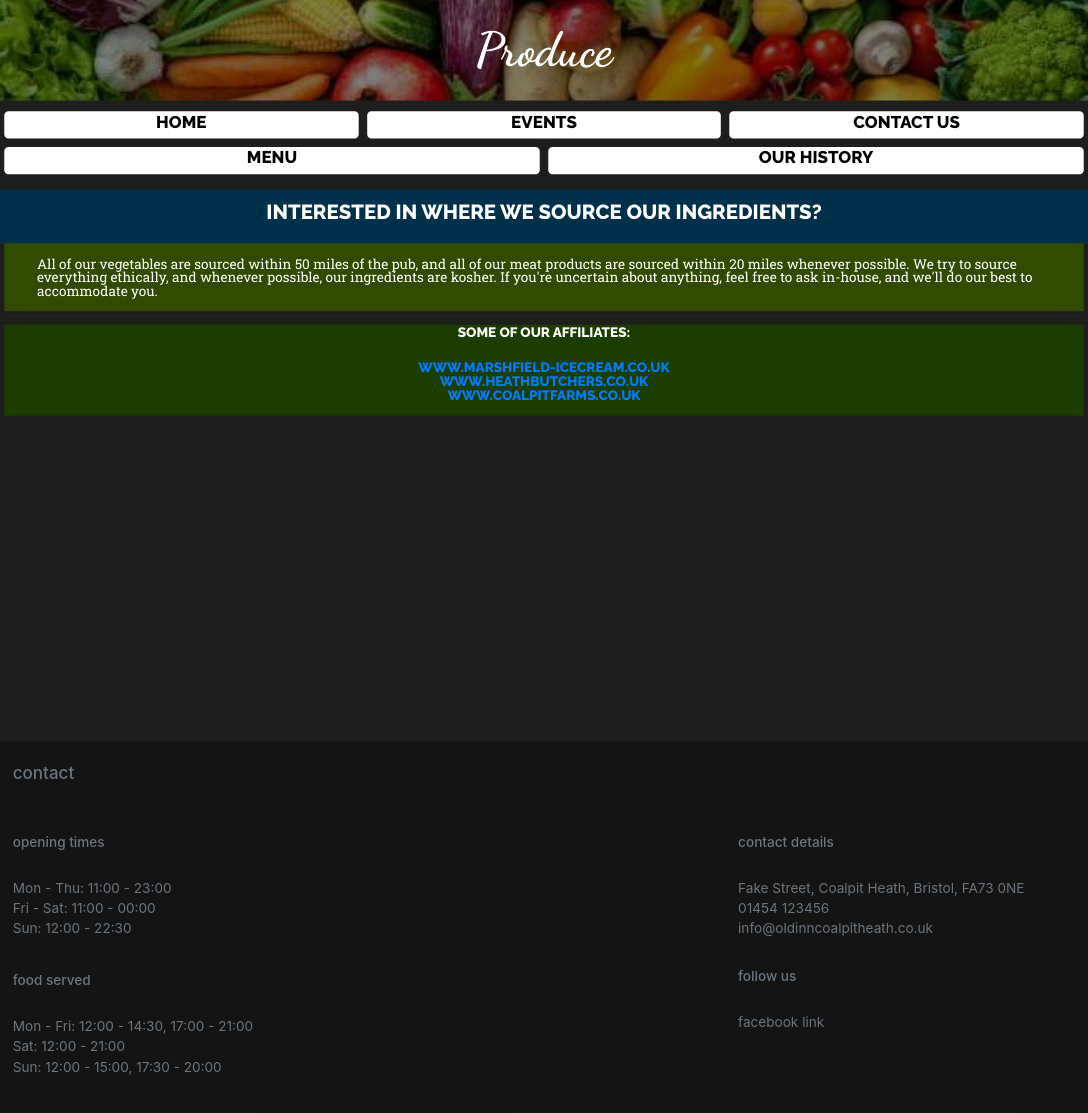
Repository: Code-Institute-Submissions/JamesLStudent-Milestone_One
Page: produce.html
The author's editor kept a record of every edit. The page is drawn from the files as they stood at one moment, then again after the next edit.
The browser window is 1280 px wide. The pictures show the whole page, at 85% of full size.

Above is the page before.
Console error: TypeError: Cannot read properties of undefined (reading 'fn')

### produce.html
<!DOCTYPE html>
<html lang="en">

<head>
    <meta charset="UTF-8">
    <meta name="viewport" content="width=device-width, initial-scale=1.0">
    <meta http-equiv="X-UA-Compatible" content="ie=edge">
    <title>Old Inn - Produce</title>
    <link href="Assets/main.css" rel="stylesheet" type="text/css" />
    <link rel="stylesheet" href="https://stackpath.bootstrapcdn.com/bootstrap/4.3.1/css/bootstrap.min.css" integrity="sha384-ggOyR0iXCbMQv3Xipma34MD+dH/1fQ784/j6cY/iJTQUOhcWr7x9JvoRxT2MZw1T" crossorigin="anonymous">
    <script src="https://stackpath.bootstrapcdn.com/bootstrap/4.3.1/js/bootstrap.min.js" integrity="sha384-JjSmVgyd0p3pXB1rRibZUAYoIIy6OrQ6VrjIEaFf/nJGzIxFDsf4x0xIM+B07jRM" crossorigin="anonymous"></script>
</head>

<body class="bg">
    <div class="produce-h1-background">
        <h1>Produce</h1>
    </div>
    <div class="dropdown-vis">
        <input id="check01" type="checkbox" name="menu" />
        <label class="black-text navigation-menu title-font" for="check01"><h5>MORE INFO:</h5></label>
        <ul class="submenu">
            <li>
                <a href="index.html">
                    <div class="col-6 col-md-12 col-lg-3 navigation-item black-text">
                        <h5>home</h5>
                    </div>
                </a>
                <a href="events.html">
                    <div class="col-6 col-md-12 col-lg-3 navigation-item black-text">
                        <h5>events</h5>
                    </div>
                </a>
                <a href="contacts.html">
                    <div class="col-12 col-md-12 col-lg-3 navigation-item black-text">
                        <h5>contact us</h5>
                    </div>
                </a>
                <a href="menu.html">
                    <div class="col-12 col-md-12 col-lg-3 navigation-item black-text">
                        <h5>menu</h5>
                    </div>
                </a>
                <a href="history.html">
                    <div class="col-12 col-md-12 col-lg-3 navigation-item black-text">
                        <h5>our history</h5>
                    </div>
                </a>
            </li>
        </ul>
    </div>
    <div class="desktop-nav">
        <a href="index.html">
            <div class="col-6 col-md-12 col-lg-4 navigation-item black-text">
                <h5>home</h5>
            </div>
        </a>
        <a href="events.html">
            <div class="col-6 col-md-12 col-lg-4 navigation-item black-text">
                <h5>events</h5>
            </div>
        </a>
        <a href="contacts.html">
            <div class="col-12 col-md-12 col-lg-4 navigation-item black-text">
                <h5>contact us</h5>
            </div>
        </a>
        <a href="menu.html">
            <div class="col-12 col-md-12 col-lg-6 navigation-item black-text">
                <h5>menu</h5>
            </div>
        </a>
        <a href="history.html">
            <div class="col-12 col-md-12 col-lg-6 navigation-item black-text">
                <h5>our history</h5>
            </div>
        </a>
    </div>
    <div class="centerer">
        <div class="subtitle">
            <h4>Interested in where we source our ingredients?</h4>
        </div>
        <div class="img-text produce left-align white-text">
            <p>
                </br>All of our vegetables are sourced within 50 miles of the pub, and all of our meat products are sourced within 20 miles whenever possible. We try to source everything ethically, and whenever possible, our ingredients are kosher. If you're
                uncertain about anything, feel free to ask in-house, and we'll do our best to accommodate you.</p>
        </div>
        <div class="sub-box produce">
            <h6>Some of our affiliates:</h6>
            <p>
                </br>
                <a class="grey-text" href="https://www.marshfield-icecream.co.uk">www.marshfield-icecream.co.uk</a></br>
                <a class="grey-text" href="#">www.heathbutchers.co.uk</a></br>
                <a class="grey-text" href="#">www.coalpitfarms.co.uk</a>
            </p>
        </div>
    </div>
    <footer>
        <div class="footer">
            <div class="col-12 footer-div text-muted">
                <h5>contact</h5>
            </div>
            <div class="col-12 col-md-6 col-lg-8 left footer-div text-muted left-align">
                <h6>opening times</h6>
                <p class="left-align">
                    </br>
                    Mon - Thu: 11:00 - 23:00</br>
                    Fri - Sat: 11:00 - 00:00</br>
                    Sun: 12:00 - 22:30</br>
                    </br>
                </p>
                <h6>food served</h6>
                <p class="left-align">
                    </br>
                    Mon - Fri: 12:00 - 14:30, 17:00 - 21:00</br>
                    Sat: 12:00 - 21:00</br>
                    Sun: 12:00 - 15:00, 17:30 - 20:00</p>
            </div>
            <div class="col-12 col-md-6 col-lg-4 left footer-div text-muted left-align">
                <h6>contact details</h6>
                <p class="left-align">
                    </br>Fake Street, Coalpit Heath, Bristol, FA73 0NE</br>01454 123456</br>
                    info@oldinncoalpitheath.co.uk</p>
                <h6>
                    </br>follow us</h6>
                <p>
                    </br>facebook link</p>
            </div>
        </div>
    </footer>
</body>

</html>

### Assets/main.css

/*----------------- STYLES APPEARING ON MULTIPLE PAGES -----------------*/

@import url('https://fonts.googleapis.com/css?family=Dancing+Script:700|Raleway:800|Roboto+Slab&display=swap');

html {
  scroll-behavior: smooth; /*- <--- not compatible with some browsers -*/
}

.bg {
    position: absolute;
    top: 0;
    left: 0;
    bottom: 0;
    right: 0;
    display: block;
    background-color: #1e1e1e;
}

h1 {
    font-family: "Dancing script", sans-serif;
    font-size: 3.5rem !important;
    font-weight: 700;
    text-align: center;
    min-height: 40px;
    height: auto;
    padding: 2% 0 2% 0;
    color: #FFFFFF;
    background: rgba(0, 0, 0, 0.5);
}

.subtitle {
    font-family: "raleway", serif;
    text-transform: uppercase;
    text-align: center;
    padding: 3% 0 3% 0;
    margin: 5% 0 0 0;
    display: inline-block;
    width: 100%;
    min-height: 15px;
    height: auto;
    background-color: #00304A;
    color: #FFFFFF;
}

.sub-box {
    font-family: "raleway", serif;
    text-transform: uppercase;
    background-color: #1B3E00;
    height: auto;
    border: 5px solid #1e1e1e;
    line-height: 100%;
    margin-top: 3%;
    min-height: 6%;
    height: auto;
    color: #FFFFFF;
    text-decoration: none;
}

.black-text {
    color: black;
}

.white-text {
    color: #FFFFFF;
}

footer {
    min-height: 20%;
    height: auto;
    display: block;
    bottom: 0;
    position: relative;
}

.footer {
    display: inline-block;
    margin-top: 5%;
    width: 100%;
    min-height: 100%;
    height: auto;
    background-color: #141414;
}

.back-top:hover {
    text-decoration: underline;
}

.fa-lg {
    font-size: 2.33333em !important;
}

.centerer {
    height: 100%;
    text-align: center;
    font-family: "Roboto Slab", serif;
}

.title-font {
    font-family: "raleway", serif;
}

.left {
    float: left;
}

.right {
    float: right;
}

.clear {
    padding: 0;
    margin: 0;
}

.footer-div {
    padding: 2%;
}

.left-align {
    text-align: left;
}

.inline {
    display: inline-block;
}

.no-deco {
    text-decoration: none;
}

.no-deco:hover {
    text-decoration: none;
}

/*----------------- MAIN NAV ITEM -----------------*/

ul {
    list-style: none;
    padding: 0;
    margin-bottom: 0 !important;
}

.navigation-item {
    font-family: "raleway", serif;
    text-transform: uppercase;
    background-color: #FFFFFF;
    float: left;
    text-align: center;
    border-radius: 10px;
    border: 5px solid #1e1e1e;
}

/*note: some styles (like the one above) use border instead of margin
to fix an issue I believed to be with Bootstrap's columns not working
with margin, but I now think it was actually the fault of Google Chrome's
"inspect" function. */

.navigation-item:hover {
    text-decoration: none;
    background-color: #383838;
    color: #FFFFFF;
}

.navigation-menu {
    background-color: #FFFFFF;
    text-align: center;
    border-radius: 10px;
    border: 5px solid #1e1e1e;
    width: 90%;
    margin: 0 5% 0 5%;
}

.no-margin {
    margin-top: 0 !important;
}

.desktop-nav {
    display: none;
}

.navigation-menu:hover {
    text-decoration: none;
    background-color: #383838;
    color: #FFFFFF;
    text-align: center;
}

input {
    display: none;
}

ul.submenu {
    max-height: 0;
    overflow: hidden;
}

label {
    position: relative;
    display: block;
    cursor: pointer;
}

input:checked~ul.submenu {
    max-height: 300px;
}

.burger-icon {
    margin: 1% 2% 0 2%;
    display: inline-block;
    float: right;
}

/*----------------- HOMEPAGE STYLE -----------------*/

.blurb {
    margin: 5% 2% 0 2%;
    display: inline-block;
    text-align: center;
    width: 96%;
    height: auto;
    background-color: #4A0030;
    padding: 0 2% 0 2%;
}

.alt-link {
    margin: 1% 2% 0% 2%;
    display: inline-block;
    text-align: center;
    width: 96%;
    min-height: 5%;
    height: auto;
    background-color: #2D2D2D;
    color: #FFFFFF;
}

.title-link {
    font-family: "raleway", serif;
    text-transform: uppercase;
    background-color: #1B3E00;
    height: auto;
    border: 5px solid #1e1e1e;
    line-height: 100%;
    margin-top: 3%;
    min-height: 6%;
    color: #FFFFFF;
    text-decoration: none;
}

.title-link:hover {
    background-color: #1C3906;
    color: #FFFFFF;
    text-decoration: none;
}

/*----------------- MENU STYLE -----------------*/

.small-link {
    font-family: "raleway", serif;
    text-transform: uppercase;
    line-height: 100%;
    display: inline-block;
    text-align: center;
    height: auto;
    background-color: #4A0030;
    border-radius: 10px;
    border: 5px solid #1e1e1e;
    color: #FFFFFF;
}

.small-link:hover {
    text-decoration: none;
    color: #FFFFFF;
    background-color: #320121;
}

.food {
    width: 30%;
    float: left;
    padding: 0;
}

.food-desc {
    width: 50%;
    float: left;
    border-left: 1px solid white;
    border-right: 1px solid white;
}

.food-cost {
    width: 20%;
    float: left;
}

.vert-align {
    position: relative;
    top: 50%;
    transform: translateY(-50%);
}

/*The above code is not my own - see the README for credits.
I had some trouble with it, but eventually made it work by placing the
elements it styles inside specific containers - anything with "height: auto;"
would break this style*/

.menu-h1-background {
    background-image: url("./images/menu-h1.jpg");
    background-position: center;
    background-repeat: no-repeat;
    background-size: cover;
    min-height: auto;
}

/*----------------- EVENTS STYLE -----------------*/

.img-text {
    background-color: #304A00;
    height: auto;
    border-bottom: 5px solid #1e1e1e;
    border-right: 5px solid #1e1e1e;
    border-left: 5px solid #1e1e1e;
    line-height: 100%;
}

.image {
    height: auto;
    width: 96%;
    margin: 2% 2% 0 2%;
    background-color: #FFFFFF;
    overflow: hidden;
}

.spacer {
    margin-top: 5%;
}

.events-h1-background {
    background-image: url("./images/events-h1.jpg");
    background-position: center;
    background-repeat: no-repeat;
    background-size: cover;
    min-height: auto;
}

.moth-day {
    background-image: url("./images/moth-day.jpg");
}

.fath-day {
    background-image: url("./images/fath-day.jpg");
}

.christmas {
    background-image: url("./images/christmas.png");
}

.easter {
    background-image: url("./images/easter.jpg");
}

.events-img {
    background-position: center;
    background-repeat: no-repeat;
    background-size: cover;
    height: 150px;
    width: 290px;
}

/*----------------- PRODUCE STYLE -----------------*/

.produce {
    padding: 0 3% 0 3%;
}

.produce-h1-background {
    background-image: url("./images/produce-h1.jpg");
    background-position: center;
    background-repeat: no-repeat;
    background-size: cover;
    min-height: auto;
}

/*----------------- CONTACTS STYLE -----------------*/

.contacts-h1-background {
    background-image: url("./images/contacts-h1.jpg");
    background-position: center;
    background-repeat: no-repeat;
    background-size: cover;
    min-height: auto;
}

.map {
    width: 90%;
    height: 85%;
    margin: 0 5% 0 5%;
}

/*----------------- HISTORY STYLE -----------------*/

.history {
    margin: 5% 2% 0 2%;
    display: inline-block;
    text-align: center;
    width: 96%;
    min-height: 50%;
    height: auto;
    background-color: #4A0030;
    padding: 0 2% 0 2%;
}

.index-h1-background {
    background-image: url("./images/index-h1.jpg");
    background-position: center;
    background-repeat: no-repeat;
    background-size: cover;
    min-height: auto;
}

.history-img-one {
    background-image: url("./images/history-1.jpg");
    background-position: center;
    background-repeat: no-repeat;
    background-size: cover;
    height: 200px;
    width: 250px;
}

.history-img-two {
    background-image: url("./images/history-2.jpg");
    background-position: center;
    background-repeat: no-repeat;
    background-size: cover;
    height: 200px;
    width: 250px;
}

/*----------------- TABLET MEDIA QUERIES -----------------*/

@media (min-width: 768px) {
    .footer {
        margin-top: 3%;
    }
    .history {
        margin-top: 3%;
    }
    .blurb {
        margin-top: 3%;
    }
    .alt-link {
        margin-top: 1%;
    }
    .subtitle {
        margin-top: 2.5%;
        padding: 1% 0 1% 0;
    }
    .spacer {
        margin-top: 3%;
    }
    .sub-box {
        margin-top: 2%;
    }
    .history-img-one {
        height: 400px;
        width: 450px;
    }
    .history-img-two {
        height: 500px;
        width: 550px;
    }
    .events-img {
        height: 190px;
        width: 730px;
    }
}

/*----------------- DESKTOP MEDIA QUERIES -----------------*/

@media (min-width: 992px) {
    .desktop-nav {
        display: block;
    }
    .dropdown-vis {
        display: none;
    }
    .footer {
        margin-top: 2%;
    }
    .history {
        margin-top: 1%;
    }
    .blurb {
        margin-top: 1%;
    }
    .alt-link {
        margin-top: 0.5%;
    }
    .subtitle {
        margin-top: 1%;
    }
    .spacer {
        margin-top: 1%;
    }
    .sub-box {
        margin-top: 0.5%;
    }
    .history-img-one {
        margin: 2% 2% 2% 2%;
        float: left;
    }
    .history-img-two {
        margin: 2% 2% 2% 2%;
        float: right;

    }
    .events-img {
        height: 230px;
        width: 1220px;
    }
}

After the next edit:
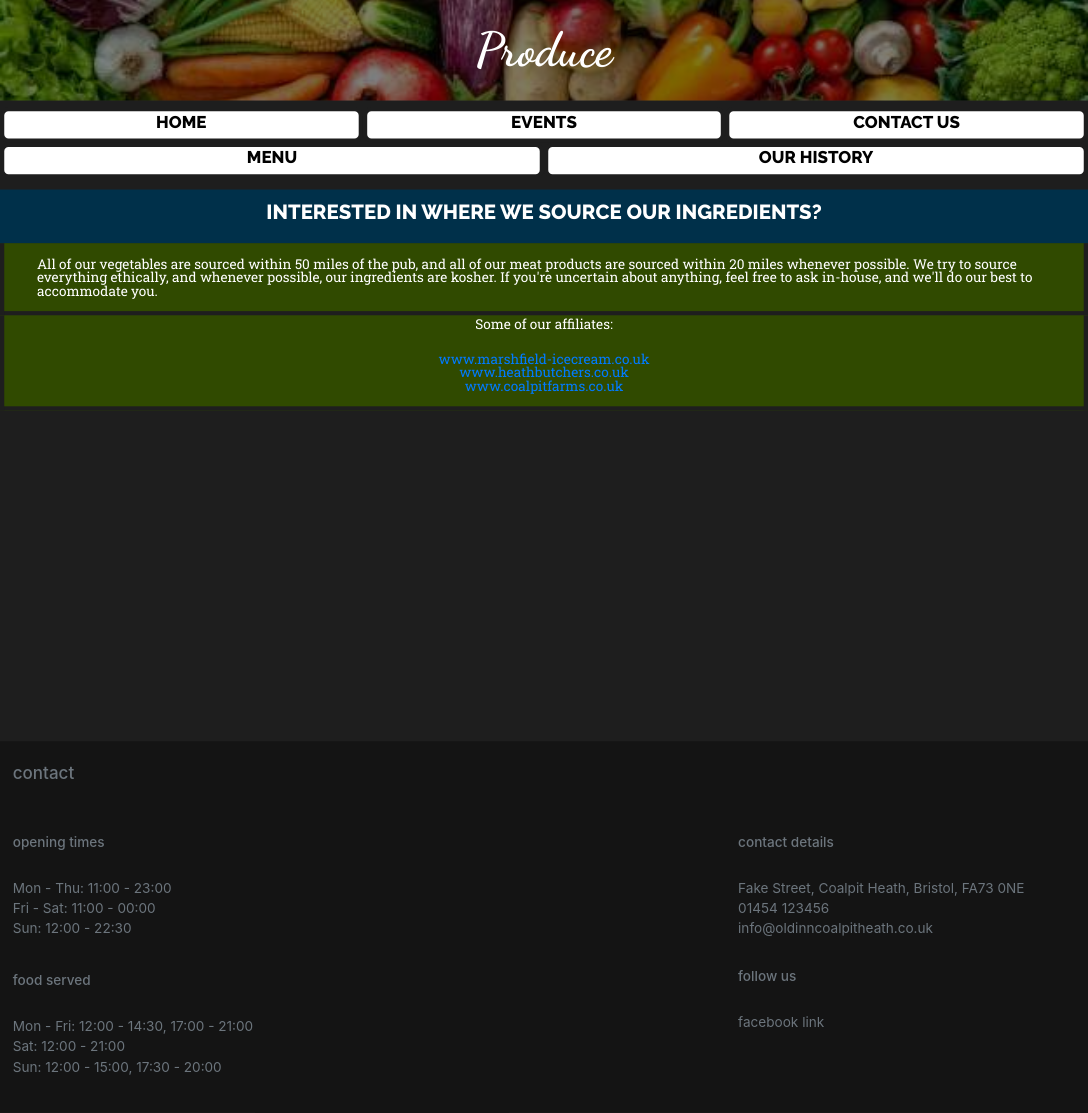
The edit:
--- a/produce.html
+++ b/produce.html
@@ -84,7 +84,7 @@
                 </br>All of our vegetables are sourced within 50 miles of the pub, and all of our meat products are sourced within 20 miles whenever possible. We try to source everything ethically, and whenever possible, our ingredients are kosher. If you're
                 uncertain about anything, feel free to ask in-house, and we'll do our best to accommodate you.</p>
         </div>
-        <div class="sub-box produce">
+        <div class="img-text white-text produce">
             <h6>Some of our affiliates:</h6>
             <p>
                 </br>
